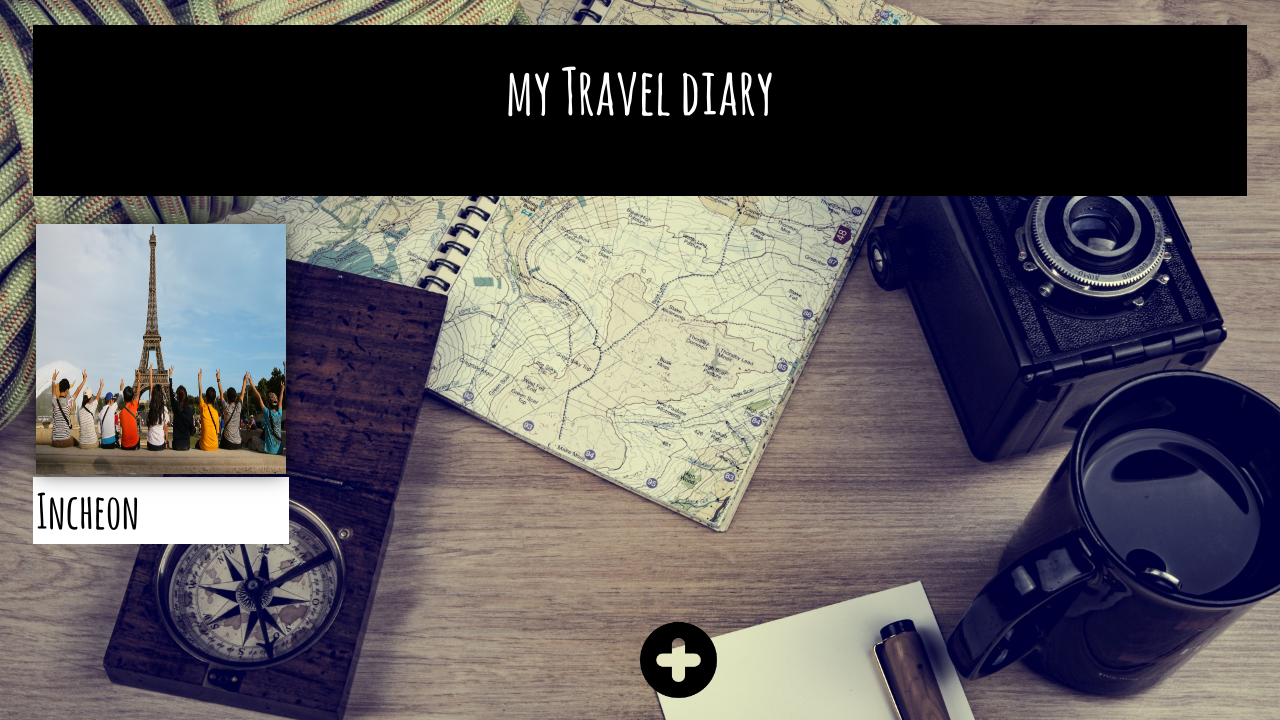
Repository: minkyung0421/jsp_travel_project
Page: http://localhost/Travel_Project/
An editor plug-in stored every save of this project. The page is shown before and after the next save, followed by the edit.
The browser window is 1280 px wide. The pictures show the whole page.
The page is served by Tomcat 9.

Above is the page before, as saved 2018-08-21 05:26:17.

After the next save:
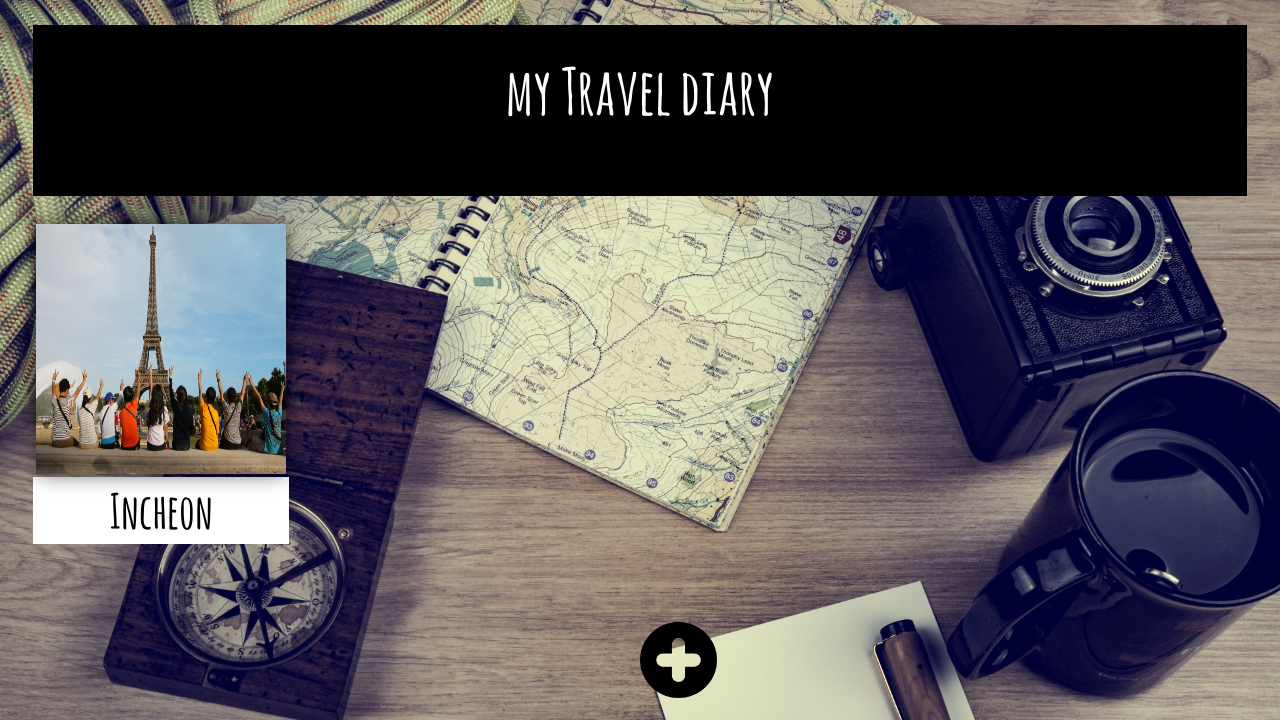
Saved 6 s later.
--- a/jsp_travel_project/Travel_Project/WebContent/index.jsp
+++ b/jsp_travel_project/Travel_Project/WebContent/index.jsp
@@ -85,7 +85,7 @@ table{
 </div>
 
 <div class="row">
-<span class="cell col1" style = "background-color: white;">Incheon</span>
+<span class="cell col1" style = "background-color: white;"><center>Incheon</center></span>
 </div>
 </div>
 
